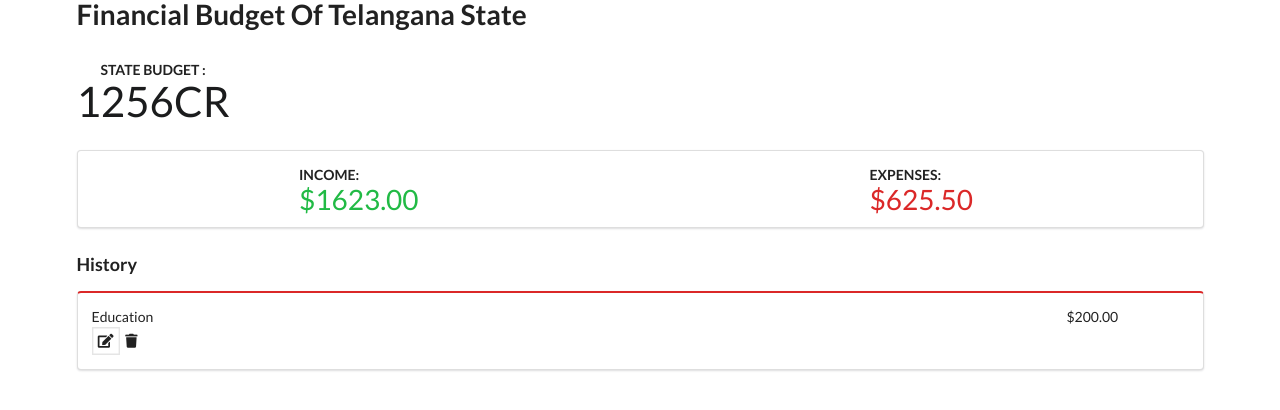
Repository: akHil07090709/advanced-react
Page: /
An editor plug-in stored every save of this project. The page is shown before and after the next save, followed by the edit.
The browser window is 1280 px wide. The pictures show the whole page.
The project was rebuilt for these pictures with package versions that can differ from the ones it lists, and the page was loaded fresh each time. Also part of the build but not shown: src/App.css.

Above is the page before, as saved 2021-05-25 07:45:36.

### src/index.js
import React from "react";
import ReactDOM from "react-dom";
import "./index.css";
import App from "./App";
import "semantic-ui-css/semantic.min.css";

ReactDOM.render(
  <React.StrictMode>
    <App />
  </React.StrictMode>,
  document.getElementById("root")
);

// If you want to start measuring performance in your app, pass a function
// to log results (for example: reportWebVitals(console.log))
// or send to an analytics endpoint. Learn more: https://bit.ly/CRA-vitals

### src/App.js
import {
  Container,
  Grid,
  Header,
  Icon,
  Segment,
  Statistic,
} from "semantic-ui-react";
import "./App.css";

function App() {
  return (
    <Container>
      <Header as="h1">Financial Budget Of Telangana State</Header>
      <Statistic size="small">
        {/* A statistic can display a value with a label above or below it.*/}
        <Statistic.Label>State Budget : </Statistic.Label>
        <Statistic.Value>1256cr</Statistic.Value>
      </Statistic>
      <Segment textAlign="center">
        <Grid columns={2}>
          <Grid.Row>
            <Grid.Column>
              <Statistic size="tiny" color="green">
                <Statistic.Label style={{ textAlign: "left" }}>
                  Income:
                </Statistic.Label>
                <Statistic.Value>$1623.00</Statistic.Value>
              </Statistic>
            </Grid.Column>
            <Grid.Column>
              <Statistic size="tiny" color="red">
                <Statistic.Label style={{ textAlign: "left" }}>
                  Expenses:
                </Statistic.Label>
                <Statistic.Value>$625.50</Statistic.Value>
              </Statistic>
            </Grid.Column>
          </Grid.Row>
        </Grid>
      </Segment>
      <Header as="h3">History</Header>
      <Segment color="red">
        <Grid columns={3}>
          <Grid.Row>
            <Grid.Column width={12}>Education</Grid.Column>
            <Grid.Column width={3} textAlign="right">
              $200.00
            </Grid.Column>
            <Grid.Column width={3}>
              <Icon name="edit" bordered />
              <Icon name="trash" />
            </Grid.Column>
          </Grid.Row>
        </Grid>
      </Segment>
    </Container>
  );
}

export default App;

Loaded but not shown: public/index.html (common file); src/index.css (common file)

After the next save:
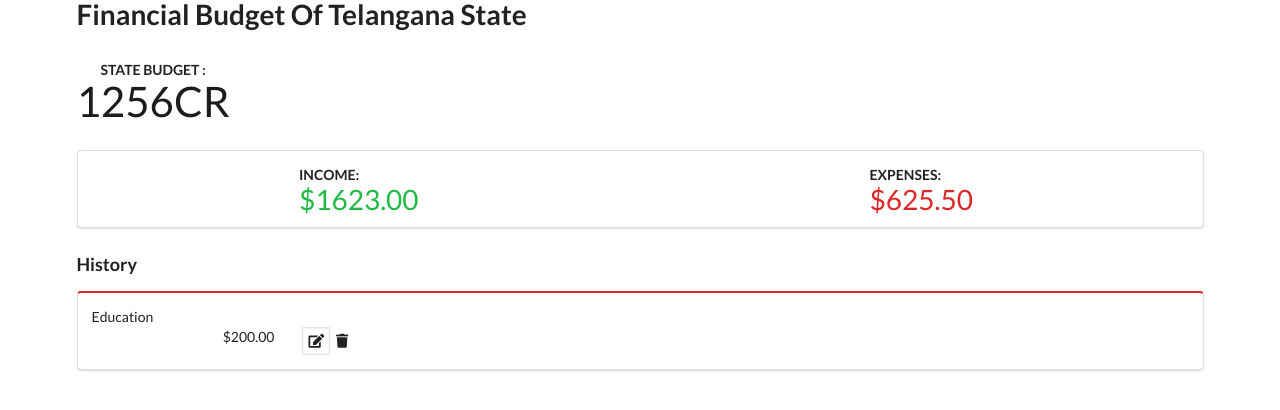
Saved 24 s later.
--- a/src/App.js
+++ b/src/App.js
@@ -43,7 +43,7 @@
       <Segment color="red">
         <Grid columns={3}>
           <Grid.Row>
-            <Grid.Column width={12}>Education</Grid.Column>
+            <Grid.Column width={16}>Education</Grid.Column>
             <Grid.Column width={3} textAlign="right">
               $200.00
             </Grid.Column>
